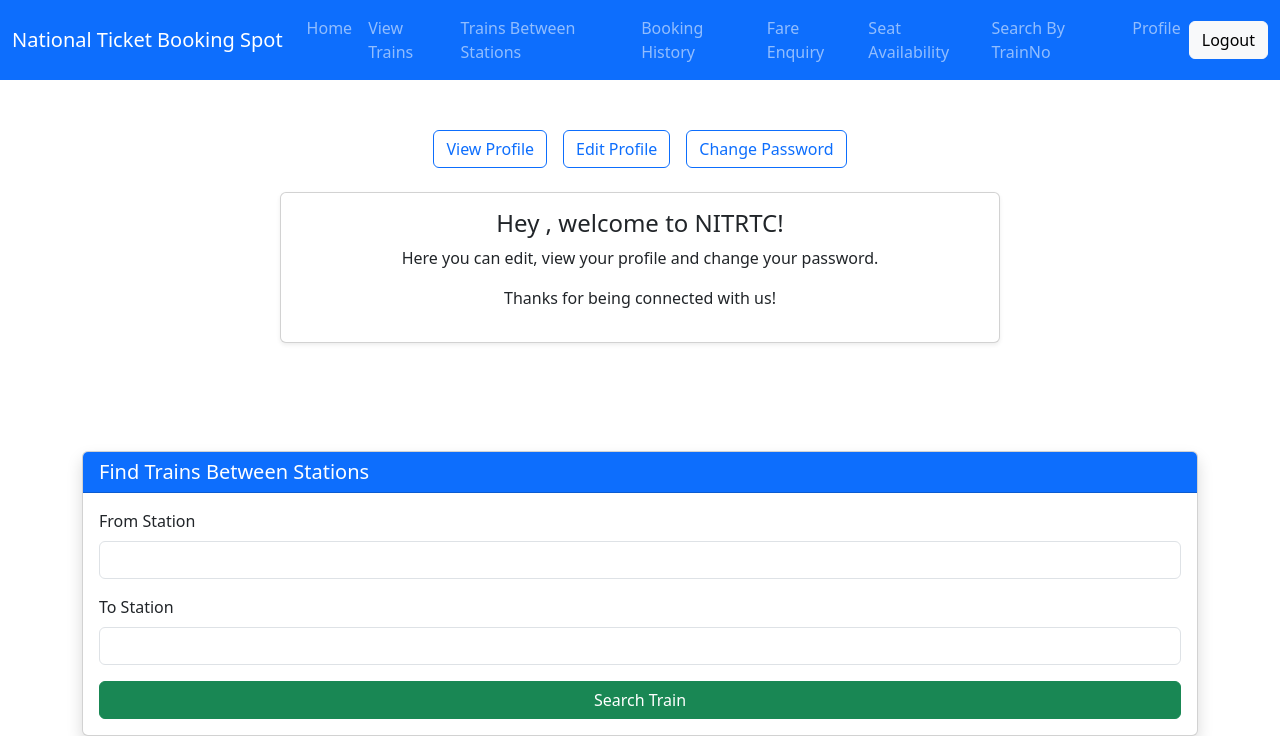
Repository: PrathamSahani/TMS-Sprint2
Page: http://localhost/TMS/TrainBwStn.jsp
The author's editor kept a copy of each file at every save. The page is drawn from the files as they stood at one save, then again after the next save.
The browser window is 1280 px wide. The pictures show the whole page.
The page is served by Tomcat 10.

Above is the page before, as saved 2025-04-25 18:02:49.

After the next save:
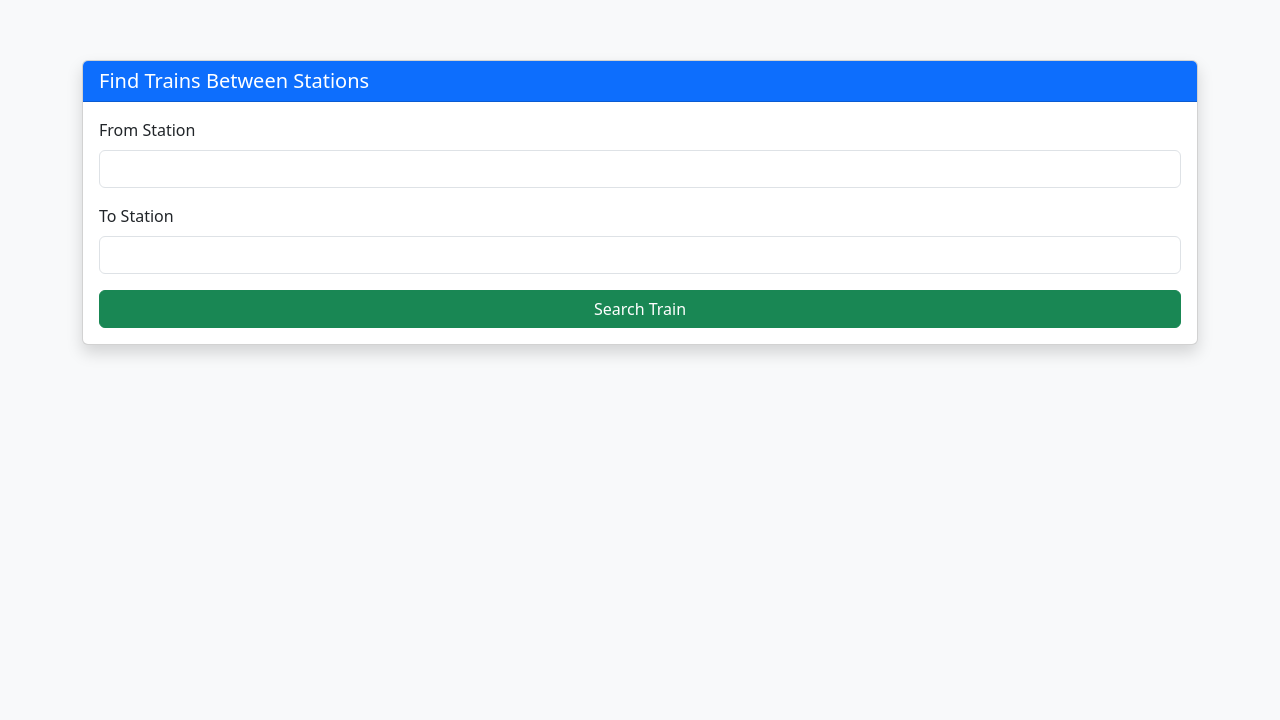
Saved 2 min 54 s later.
--- a/Update/TMS/src/main/webapp/TrainBwStn.jsp
+++ b/Update/TMS/src/main/webapp/TrainBwStn.jsp
@@ -19,7 +19,6 @@
 </head>
 <body>
 
-<jsp:include page="UserHome.jsp" />
 
 <div class="container search-container">
     <div class="card shadow animated-form">
